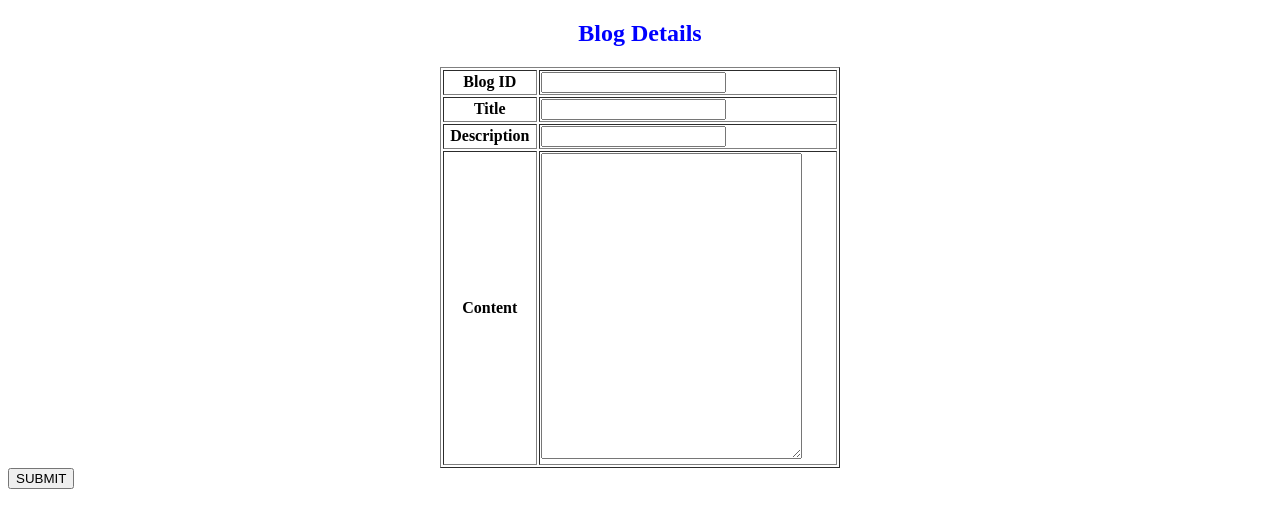
Repository: choubeyshubham018/CompleteJavaQuestions
Page: http://localhost/Ques_17_ServletBlogApplication/blog.jsp
An editor plug-in stored every save of this project. The page is shown before and after the next save, followed by the edit.
The browser window is 1280 px wide. The pictures show the whole page.
The page is served by Tomcat 9.

Above is the page before, as saved 2023-09-19 07:20:35.

After the next save:
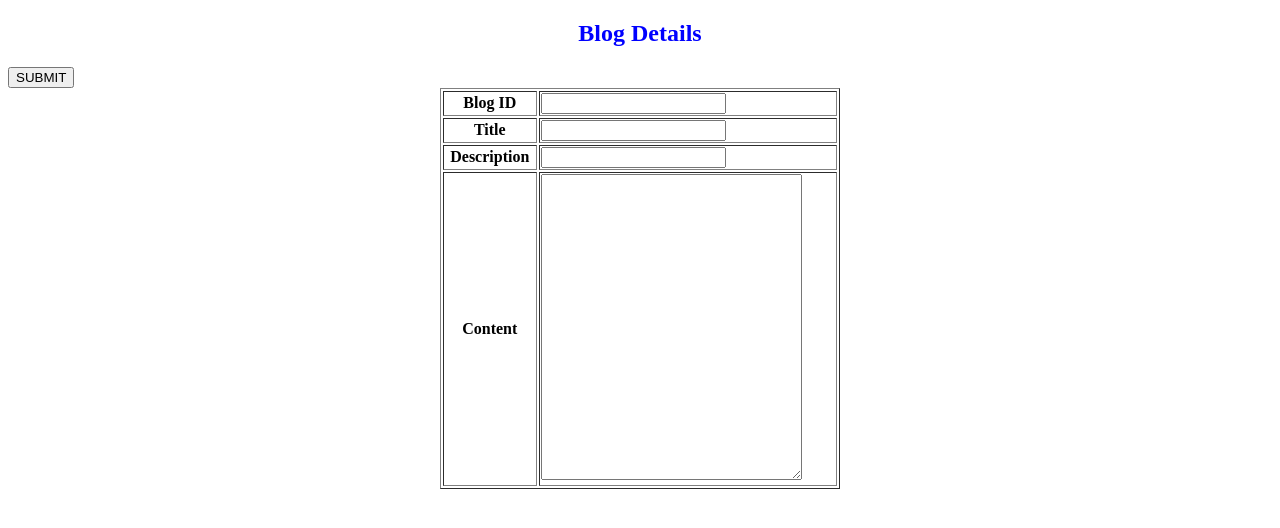
Saved 31 s later.
--- a/Servlet Assignment/Ques_17_ServletBlogApplication/src/main/webapp/blog.jsp
+++ b/Servlet Assignment/Ques_17_ServletBlogApplication/src/main/webapp/blog.jsp
@@ -27,9 +27,9 @@
 	<th>Content</th>
 	<td><textarea rows="20" cols="30" name="content"></textarea></td>
 </tr>
+<input type="submit" value="SUBMIT" >
 
 </table>
-<input type="submit" value="SUBMIT" >
 </form>
 </body>
 </html>
